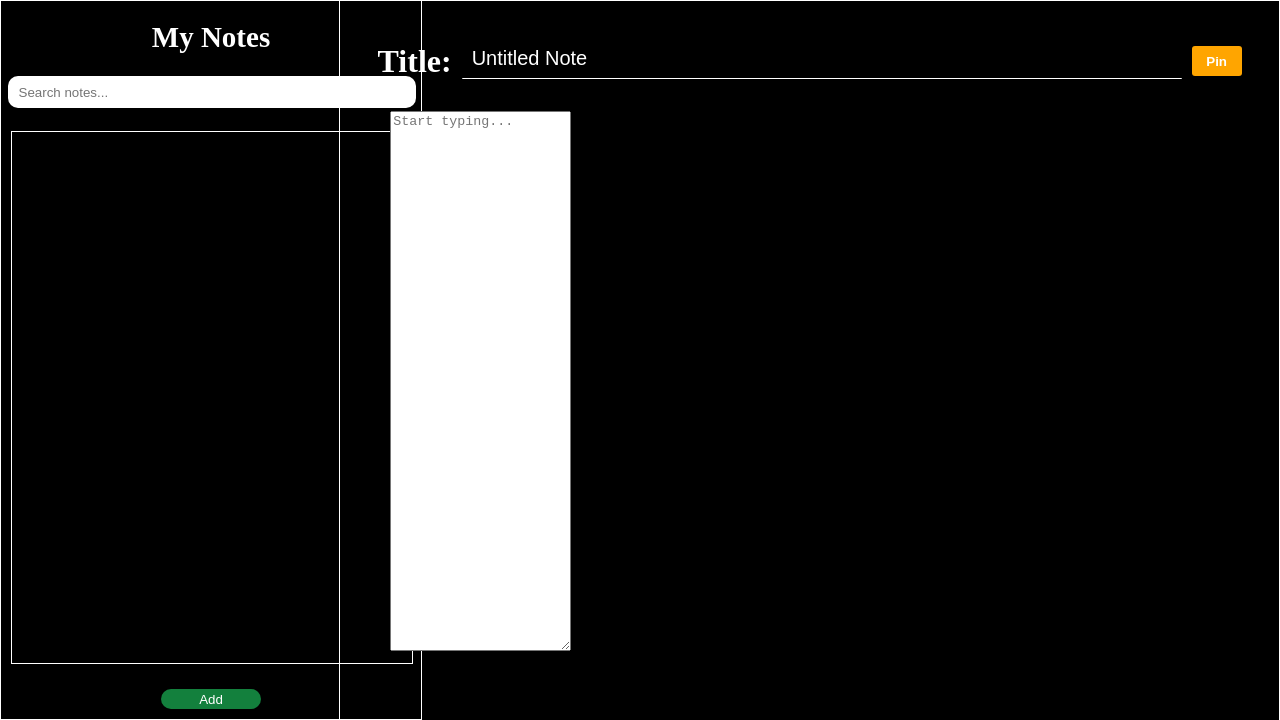
Repository: dmpelaez/myNotes
Page: QuickNotes.html
These files come from the project's save history. The page is drawn as it stood at one moment and after the next save; the edit follows.
The browser window is 1280 px wide. The pictures show the whole page.

Above is the page before, as saved 2025-12-18 21:23:33.

After the next save:
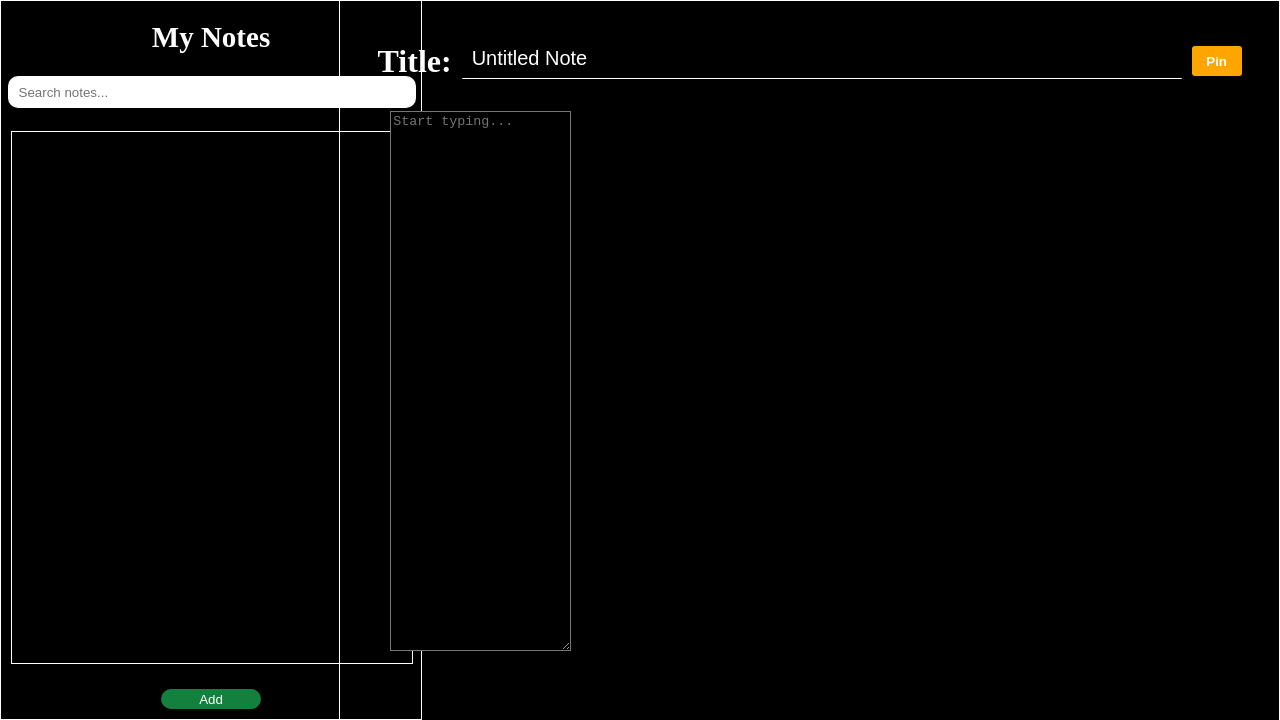
Saved 44 s later.
--- a/QuickNotes.css
+++ b/QuickNotes.css
@@ -122,8 +122,9 @@ body {
 
 .texting-area {
   display: flex;
-
   padding-right: 50px;
   padding-left: 50px;
-
 }
+.textarea {
+  background: black;
+}
